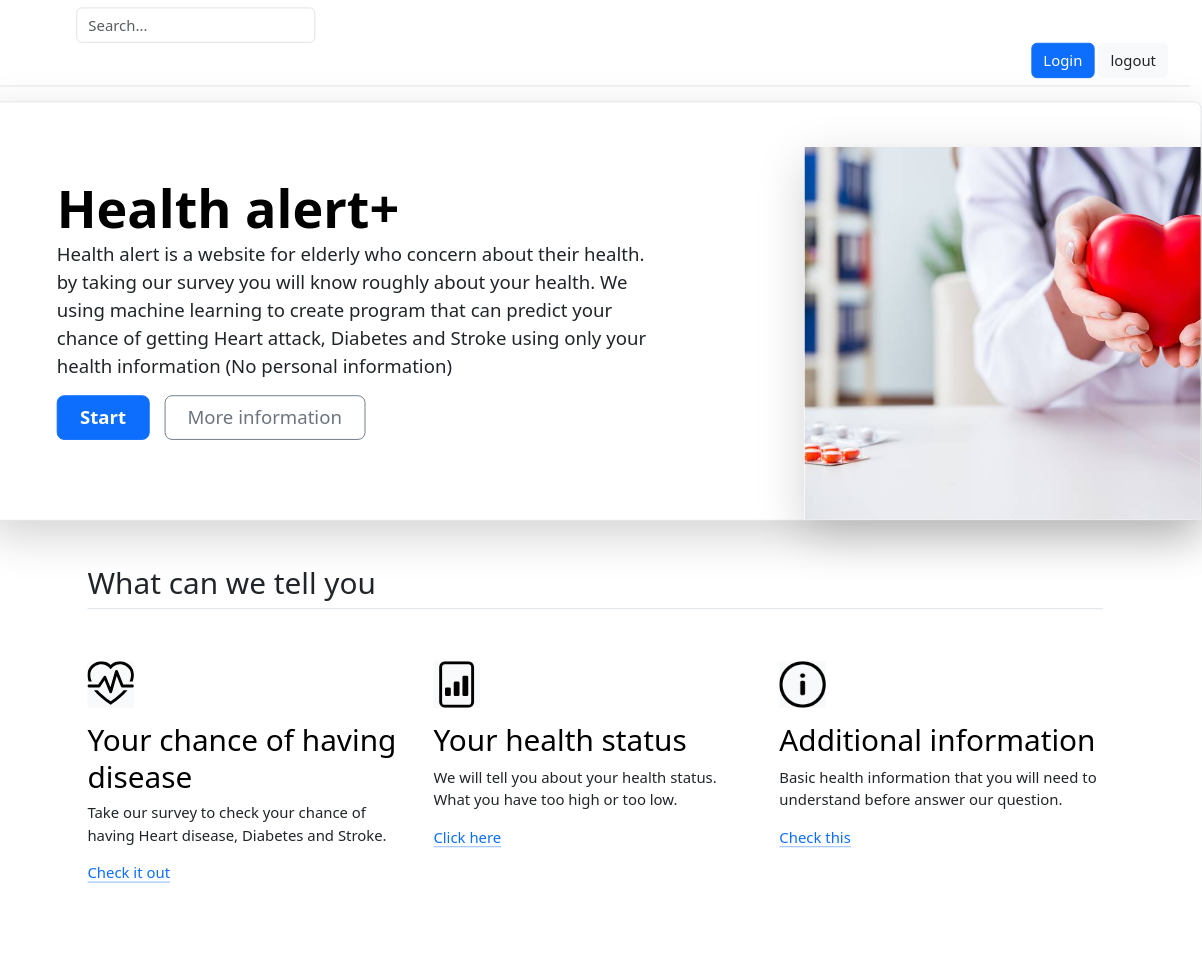
Repository: aneforollll/webapp
Page: http://localhost/
The author's editor kept a copy of each file at every save. The page is drawn from the files as they stood at one save, then again after the next save.
The browser window is 1280 px wide. The page is 1292 px wide, so the pictures cover 1292 px, including what lies to the right of the window. The pictures show the whole page, at 93% of full size.
The page is run by PHP 8.4 with error messages shown; the project is at /var/www/html/.

Above is the page before, as saved 2024-01-15 10:45:26.

### index.php

<html lang="en">
  <head>
    <meta charset="utf-8">
    <meta name="viewport" content="width=device-width, initial-scale=1">
    <title>Health alert demo</title>
    <link href="https://cdn.jsdelivr.net/npm/bootstrap@5.3.2/dist/css/bootstrap.min.css" rel="stylesheet" integrity="sha384-T3c6CoIi6uLrA9TneNEoa7RxnatzjcDSCmG1MXxSR1GAsXEV/Dwwykc2MPK8M2HN" crossorigin="anonymous">
  </head>
  <body>

  <div class="px-3 py-2 border-bottom mb-3">
      <div class="container d-flex flex-wrap justify-content-center">
        <form class="col-10 col-lg-auto mb-2 mb-lg-0 me-lg-auto">
          <input type="search" class="form-control" placeholder="Search..." aria-label="Search">
        </form>
      </div>
        <div class="text-end">
          <button type="button" class="btn btn-primary">Login</button>
          <button type="button" class="btn btn-light text-dark me-2">logout</button>
        </div>
      </div>
    </div>
    <div class="row p-4 pb-0 pe-lg-0 pt-lg-5 align-items-center rounded-3 border shadow-lg">
        <div class="col-lg-7 p-3 p-lg-5 pt-lg-3">
          <h1 class="display-4 fw-bold lh-1 text-body-emphasis">Health alert+</h1>
          <p class="lead">Health alert is a website for elderly who concern about their health. by taking our survey you will know roughly about your health.
            We using machine learning to create program that can predict your chance of getting Heart attack, Diabetes and Stroke using only your health information (No personal information) </p>
          <div class="d-grid gap-2 d-md-flex justify-content-md-start mb-4 mb-lg-3">
            <button type="button" class="btn btn-primary btn-lg px-4 me-md-2 fw-bold" onclick="document.location='healthalertform.php'">Start</button>
            <button type="button" class="btn btn-outline-secondary btn-lg px-4" onclick="document.location='FAQ.php'">More information</button>
          </div>
        </div>
        <div class="col-lg-4 offset-lg-1 p-0 overflow-hidden shadow-lg">
            <img class="rounded-lg-3" src="images/heart.jpg" alt="" width="600
            ">
        </div>
      </div>
      <div class="container px-4 py-5" id="featured-3">
        <h2 class="pb-2 border-bottom">What can we tell you</h2>
        <div class="row g-4 py-5 row-cols-1 row-cols-lg-3">
          <div class="feature col">
            <div class="feature-icon d-inline-flex align-items-center justify-content-center text-bg-light bg-gradient fs-2 mb-3">
              <svg xmlns="http://www.w3.org/2000/svg" width="50" height="50" fill="light" class="bi bi-heart-pulse" viewBox="0 0 16 16">
                <path d="m8 2.748-.717-.737C5.6.281 2.514.878 1.4 3.053.918 3.995.78 5.323 1.508 7H.43c-2.128-5.697 4.165-8.83 7.394-5.857.06.055.119.112.176.171a3.12 3.12 0 0 1 .176-.17c3.23-2.974 9.522.159 7.394 5.856h-1.078c.728-1.677.59-3.005.108-3.947C13.486.878 10.4.28 8.717 2.01zM2.212 10h1.315C4.593 11.183 6.05 12.458 8 13.795c1.949-1.337 3.407-2.612 4.473-3.795h1.315c-1.265 1.566-3.14 3.25-5.788 5-2.648-1.75-4.523-3.434-5.788-5Z"/>
                <path d="M10.464 3.314a.5.5 0 0 0-.945.049L7.921 8.956 6.464 5.314a.5.5 0 0 0-.88-.091L3.732 8H.5a.5.5 0 0 0 0 1H4a.5.5 0 0 0 .416-.223l1.473-2.209 1.647 4.118a.5.5 0 0 0 .945-.049l1.598-5.593 1.457 3.642A.5.5 0 0 0 12 9h3.5a.5.5 0 0 0 0-1h-3.162z"/>
              </svg>
            </div>
            <h3 class="fs-2 text-body-emphasis">Your chance of having disease</h3>
            <p>Take our survey to check your chance of having Heart disease, Diabetes and Stroke.</p>
            <a href="healthalertform.php" class="icon-link">
              Check it out
              <svg class="bi"><use xlink:href="#chevron-right"></use></svg>
            </a>
          </div>
          <div class="feature col">
            <div class="feature-icon d-inline-flex align-items-center justify-content-center text-bg-light bg-gradient fs-2 mb-3">
              <svg xmlns="http://www.w3.org/2000/svg" width="50" height="50" fill="light" class="bi bi-file-bar-graph" viewBox="0 0 16 16">
                <path d="M4.5 12a.5.5 0 0 1-.5-.5v-2a.5.5 0 0 1 .5-.5h1a.5.5 0 0 1 .5.5v2a.5.5 0 0 1-.5.5zm3 0a.5.5 0 0 1-.5-.5v-4a.5.5 0 0 1 .5-.5h1a.5.5 0 0 1 .5.5v4a.5.5 0 0 1-.5.5zm3 0a.5.5 0 0 1-.5-.5v-6a.5.5 0 0 1 .5-.5h1a.5.5 0 0 1 .5.5v6a.5.5 0 0 1-.5.5z"/>
                <path d="M4 0a2 2 0 0 0-2 2v12a2 2 0 0 0 2 2h8a2 2 0 0 0 2-2V2a2 2 0 0 0-2-2zm0 1h8a1 1 0 0 1 1 1v12a1 1 0 0 1-1 1H4a1 1 0 0 1-1-1V2a1 1 0 0 1 1-1"/>
              </svg>
            </div>
            <h3 class="fs-2 text-body-emphasis">Your health status</h3>
            <p>We will tell you about your health status. What you have too high or too low.</p>
            <a href="dashboard.php" class="icon-link">
              Click here
              <svg class="bi"><use xlink:href="#chevron-right"></use></svg>
            </a>
          </div>
          <div class="feature col">
            <div class="feature-icon d-inline-flex align-items-center justify-content-center text-bg-light bg-gradient fs-2 mb-3">
              <img class="rounded" src="images/info.png" width="50" height="50" fill="light" >
            </div>
            <h3 class="fs-2 text-body-emphasis">Additional information</h3>
            <p>Basic health information that you will need to understand before answer our question.</p>
            <a href="FAQ.php" class="icon-link">
              Check this
              <svg class="bi"><use xlink:href="#chevron-right"></use></svg>
              <script src="https://cdn.jsdelivr.net/npm/bootstrap@5.3.2/dist/js/bootstrap.bundle.min.js" integrity="sha384-C6RzsynM9kWDrMNeT87bh95OGNyZPhcTNXj1NW7RuBCsyN/o0jlpcV8Qyq46cDfL" crossorigin="anonymous"></script>
            </a>
          </div>
        </div>
      </div>




  </body>
</html>

After the next save:
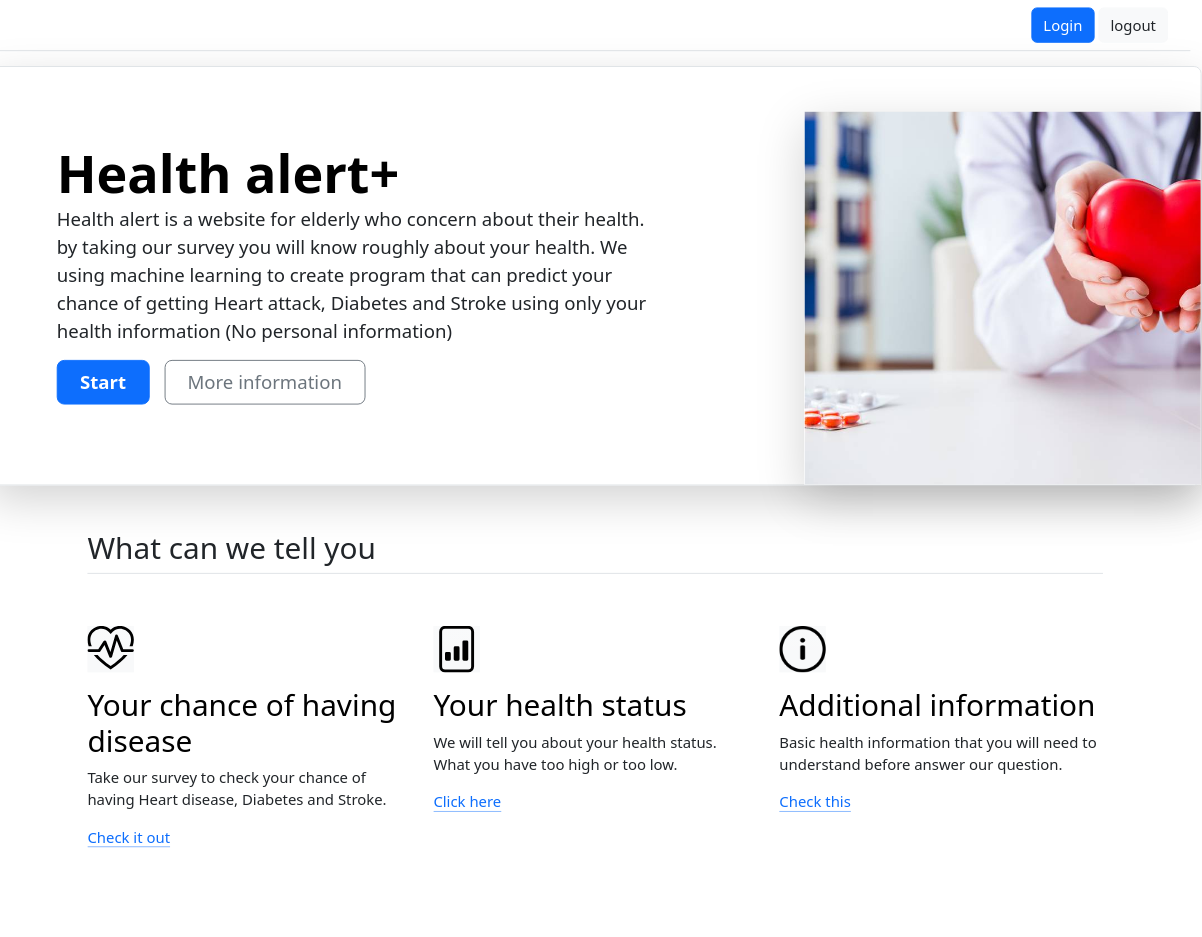
Saved 105 s later.
--- a/index.php
+++ b/index.php
@@ -10,9 +10,7 @@
 
   <div class="px-3 py-2 border-bottom mb-3">
       <div class="container d-flex flex-wrap justify-content-center">
-        <form class="col-10 col-lg-auto mb-2 mb-lg-0 me-lg-auto">
-          <input type="search" class="form-control" placeholder="Search..." aria-label="Search">
-        </form>
+        <div col align></div>
       </div>
         <div class="text-end">
           <button type="button" class="btn btn-primary">Login</button>
